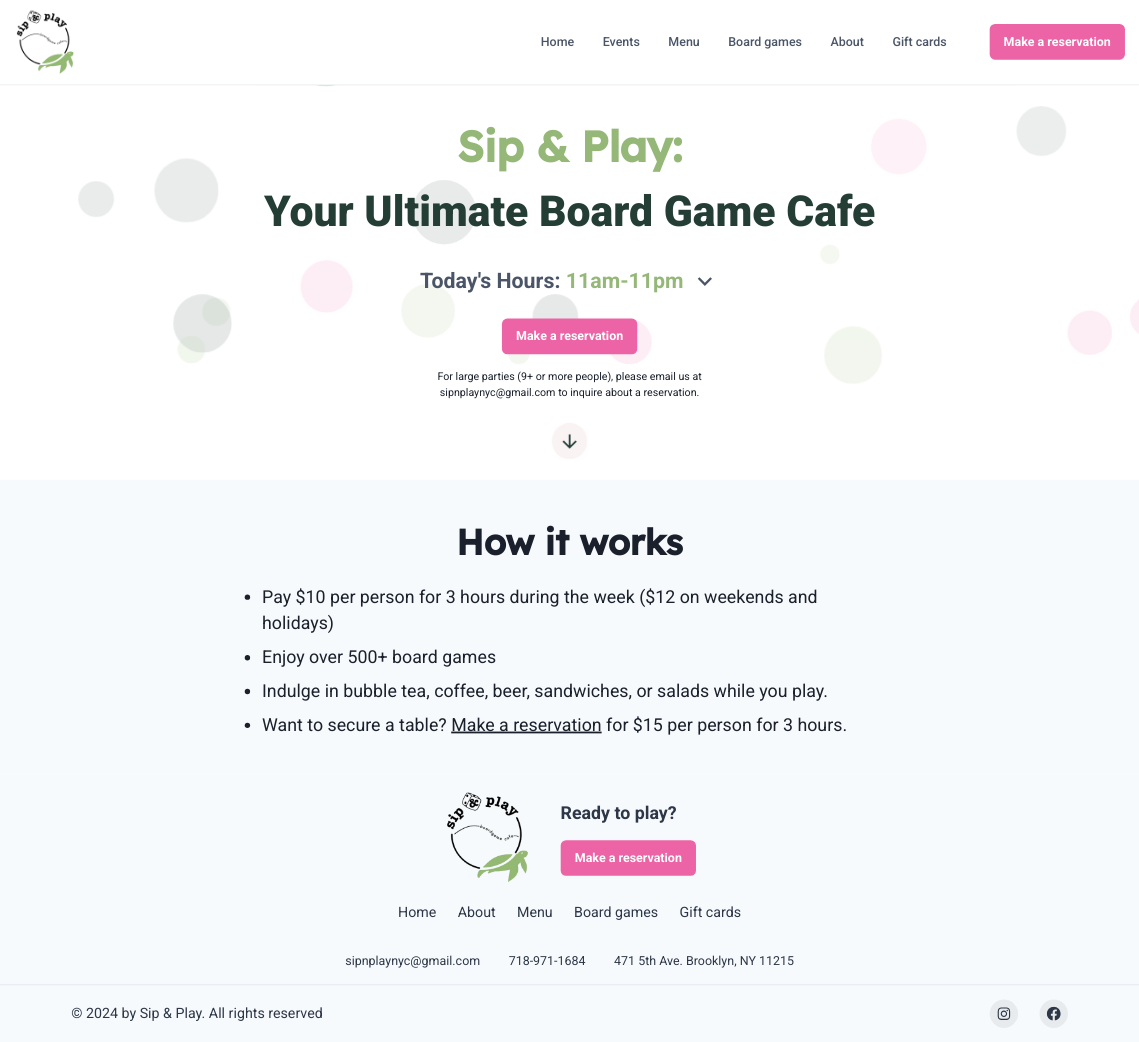
Repository: natespinetti/codedexsummerhackathon
Page: /
The author's editor kept a copy of each file at every save. The page is drawn from the files as they stood at one save, then again after the next save.
The browser window is 1280 px wide. The pictures show the whole page, at 89% of full size.
The project was rebuilt for these pictures with package versions that can differ from the ones it lists, and the page was loaded fresh each time. The framework's server and built-in components were replaced by stand-ins that run in the browser. Also part of the build but not shown: next.config.mjs.

Above is the page before, as saved 2024-07-11 16:59:28.

After the next save:
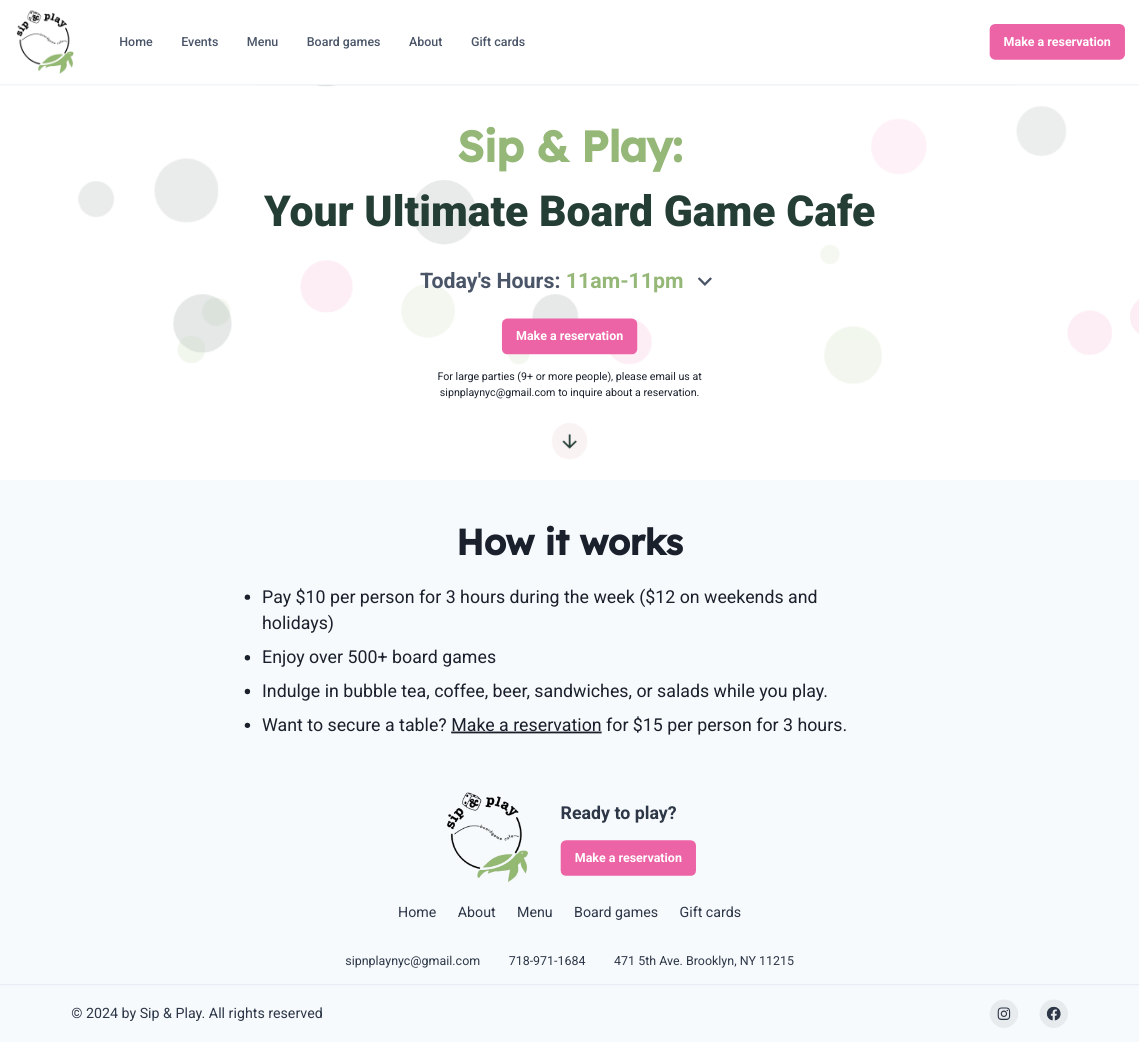
Saved 6 s later.
--- a/app/components/Header.tsx
+++ b/app/components/Header.tsx
@@ -70,9 +70,9 @@
 
           <Flex
             display={{ base: "none", md: "flex" }}
-            mr={10}
+            ml={10}
             alignItems="center"
-            ml="auto"
+            mr="auto"
           >
             <DesktopNav />
           </Flex>
